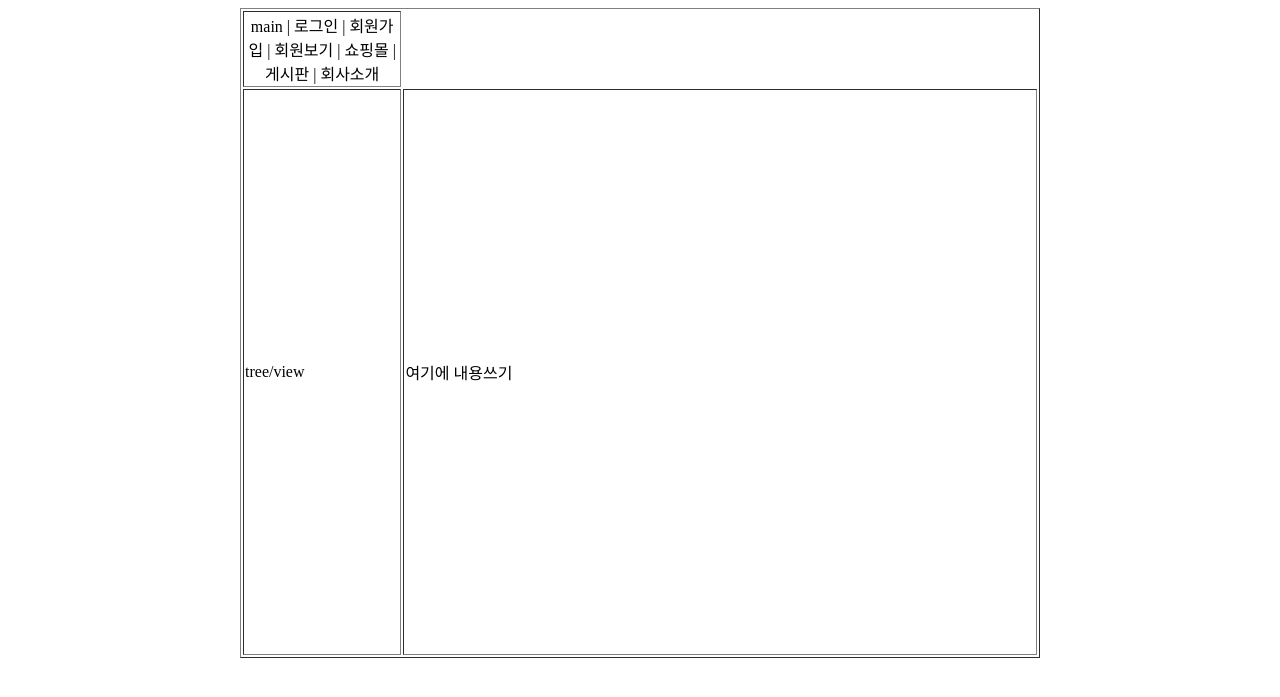
Repository: sungeunbyeol/Nowon-ezen-jsp
Page: http://localhost/myHome/
An editor plug-in stored every save of this project. The page is shown before and after the next save, followed by the edit.
The browser window is 1280 px wide. The pictures show the whole page.
The page is served by Tomcat 9.

Above is the page before, as saved 2021-11-03 01:51:13.

After the next save:
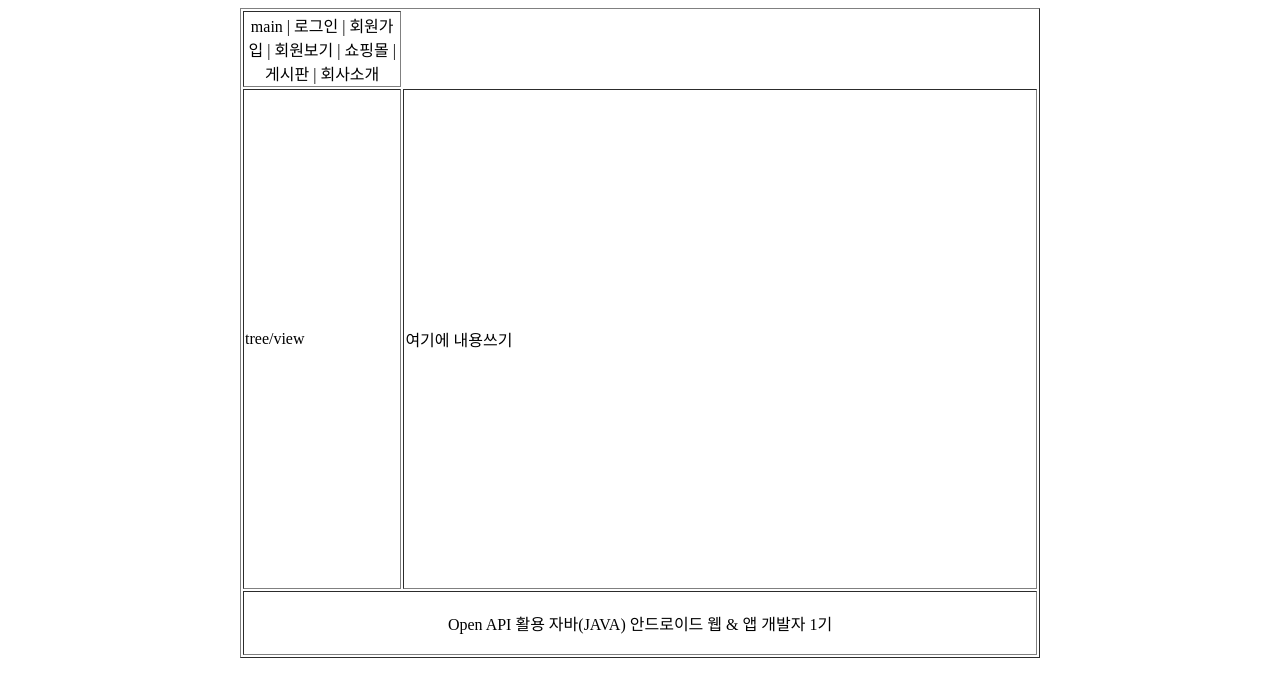
Saved 58 s later.
--- a/myHome/WebContent/index.jsp
+++ b/myHome/WebContent/index.jsp
@@ -17,6 +17,11 @@
 				<td width="20%"> tree/view</td>
 				<td width="80%"> 여기에 내용쓰기</td>
 			</tr>
+			<tr height="10%">
+				<td align="center" colspan="2">
+					Open API 활용 자바(JAVA) 안드로이드 웹 & 앱 개발자 1기
+				</td>
+			</tr>
 		</table>
 	</div>
 </body>
